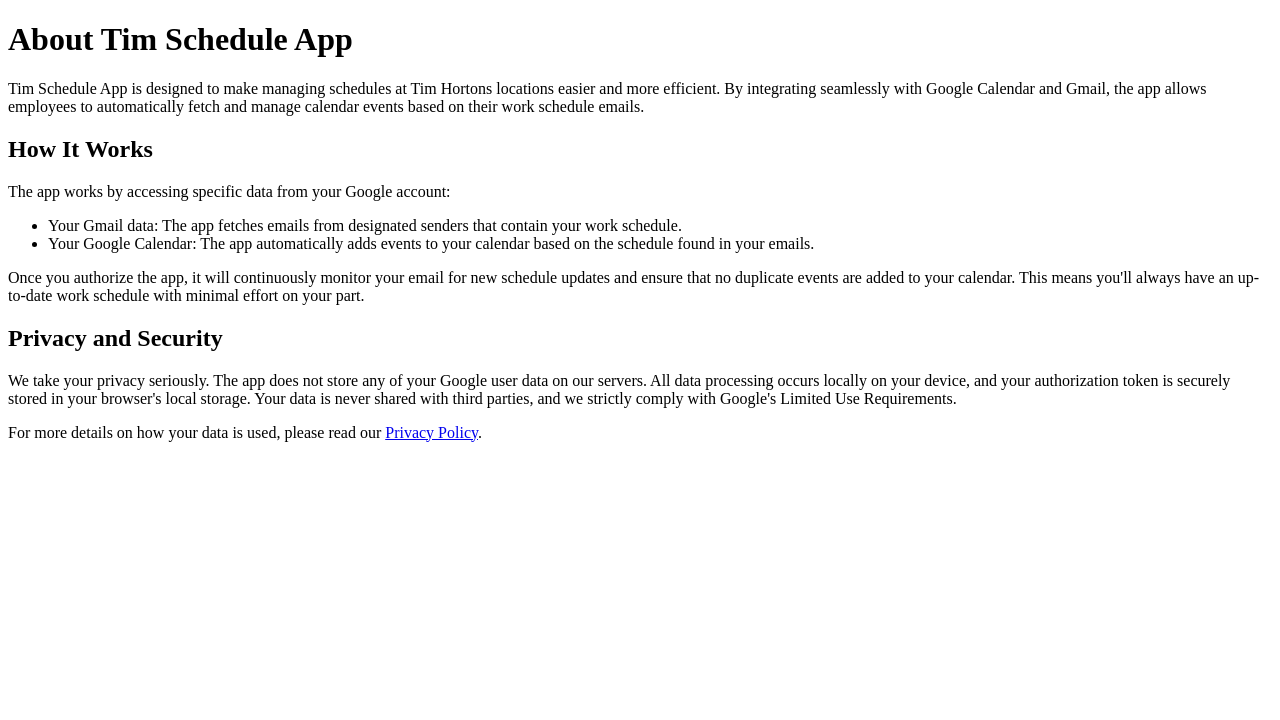
Repository: Sukhvir-Grewal/tim-schadule-app
Page: node_version/public/about.html
The author's editor kept a copy of each file at every save. The page is drawn from the files as they stood at one save, then again after the next save.
The browser window is 1280 px wide. The pictures show the whole page.

Above is the page before, as saved 2024-08-15 01:18:14.
Not found: node_version/public/styles.css

After the next save:
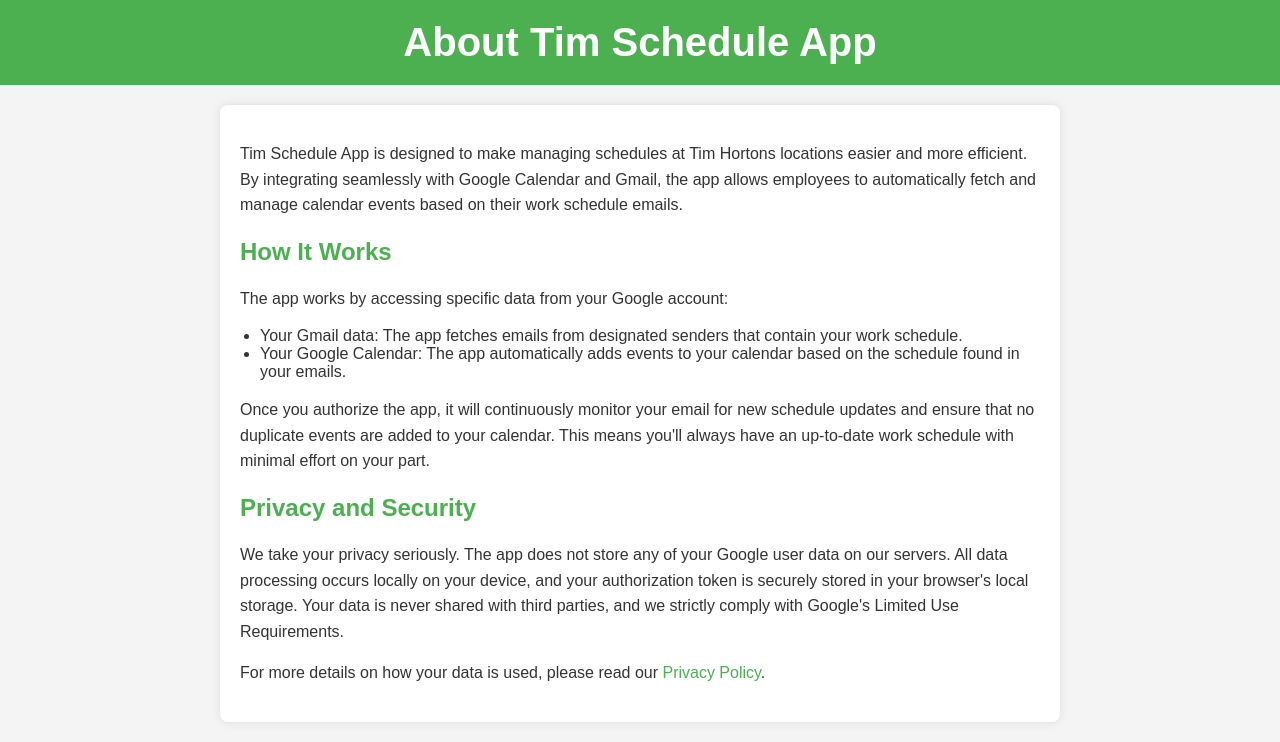
Saved 10 s later.
--- a/node_version/public/about.html
+++ b/node_version/public/about.html
@@ -10,6 +10,64 @@
     <header>
         <h1>About Tim Schedule App</h1>
     </header>
+    <style>
+        body {
+            font-family: Arial, sans-serif;
+            margin: 0;
+            padding: 0;
+            background-color: #f4f4f4;
+            color: #333;
+        }
+
+        header {
+            background-color: #4CAF50;
+            padding: 20px;
+            text-align: center;
+            color: white;
+        }
+
+        h1 {
+            margin: 0;
+            font-size: 2.5em;
+        }
+
+        main {
+            padding: 20px;
+        }
+
+        .about-section {
+            background: #fff;
+            padding: 20px;
+            border-radius: 8px;
+            box-shadow: 0 0 10px rgba(0, 0, 0, 0.1);
+            max-width: 800px;
+            margin: 0 auto;
+        }
+
+        .about-section h2 {
+            color: #4CAF50;
+            margin-top: 20px;
+        }
+
+        .about-section p {
+            line-height: 1.6;
+        }
+
+        .about-section ul {
+            list-style-type: disc;
+            padding-left: 20px;
+        }
+
+        .about-section a {
+            color: #4CAF50;
+            text-decoration: none;
+        }
+
+        .about-section a:hover {
+            text-decoration: underline;
+        }
+
+    </style>
     <main>
         <section class="about-section">
             <p>
